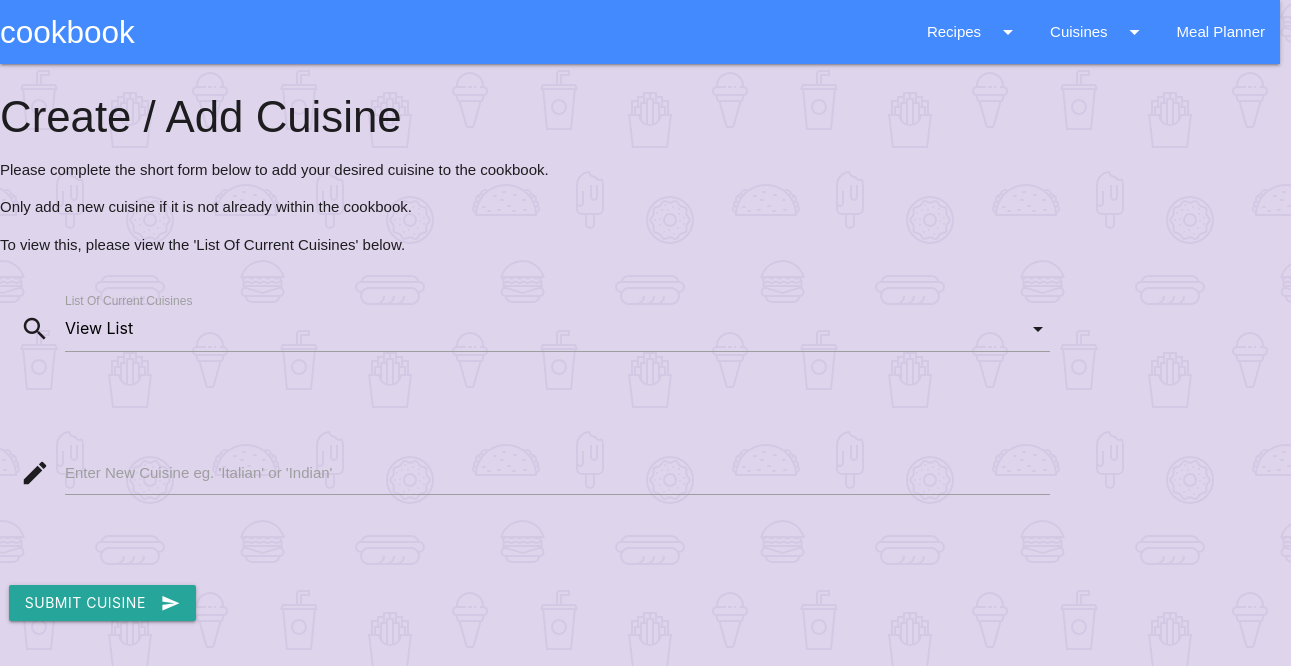
Repository: connor-blackburn/gutsy
Page: http://localhost/add_cuisine
The author's editor kept a record of every edit. The page is drawn from the files as they stood at one moment, then again after the next edit.
The browser window is 1280 px wide. The page is 1291 px wide, so the pictures cover 1291 px, including what lies to the right of the window. The pictures show the whole page.
The page is served by the project's application, run on Flask 3 (app.py). Queries for data that is not in the repository find no rows.

Above is the page before.

After the next edit:
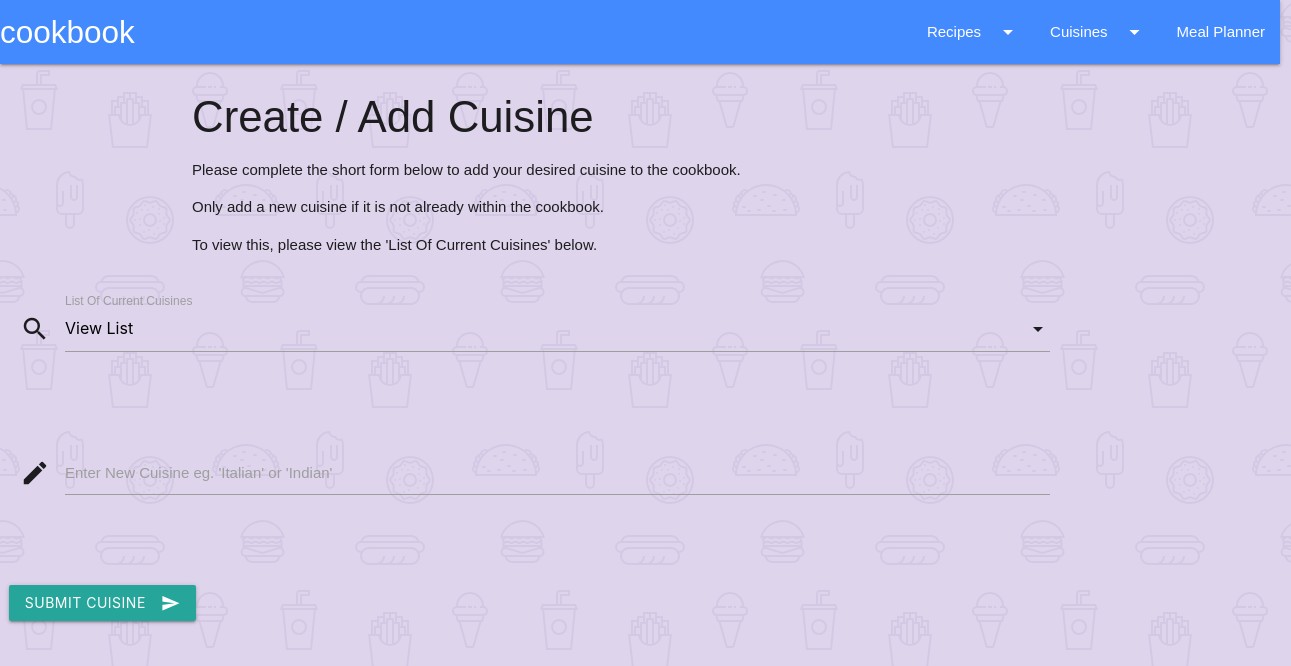
The edit:
--- a/templates/addcuisine.html
+++ b/templates/addcuisine.html
@@ -1,6 +1,6 @@
 {% extends 'base.html' %} {% block content %}
 
-<div class="description">
+<div class="description container">
     <h3>Create / Add Cuisine</h3>
     <p>Please complete the short form below to add your desired cuisine to the cookbook.</p>
     <p>Only add a new cuisine if it is not already within the cookbook.</p>
